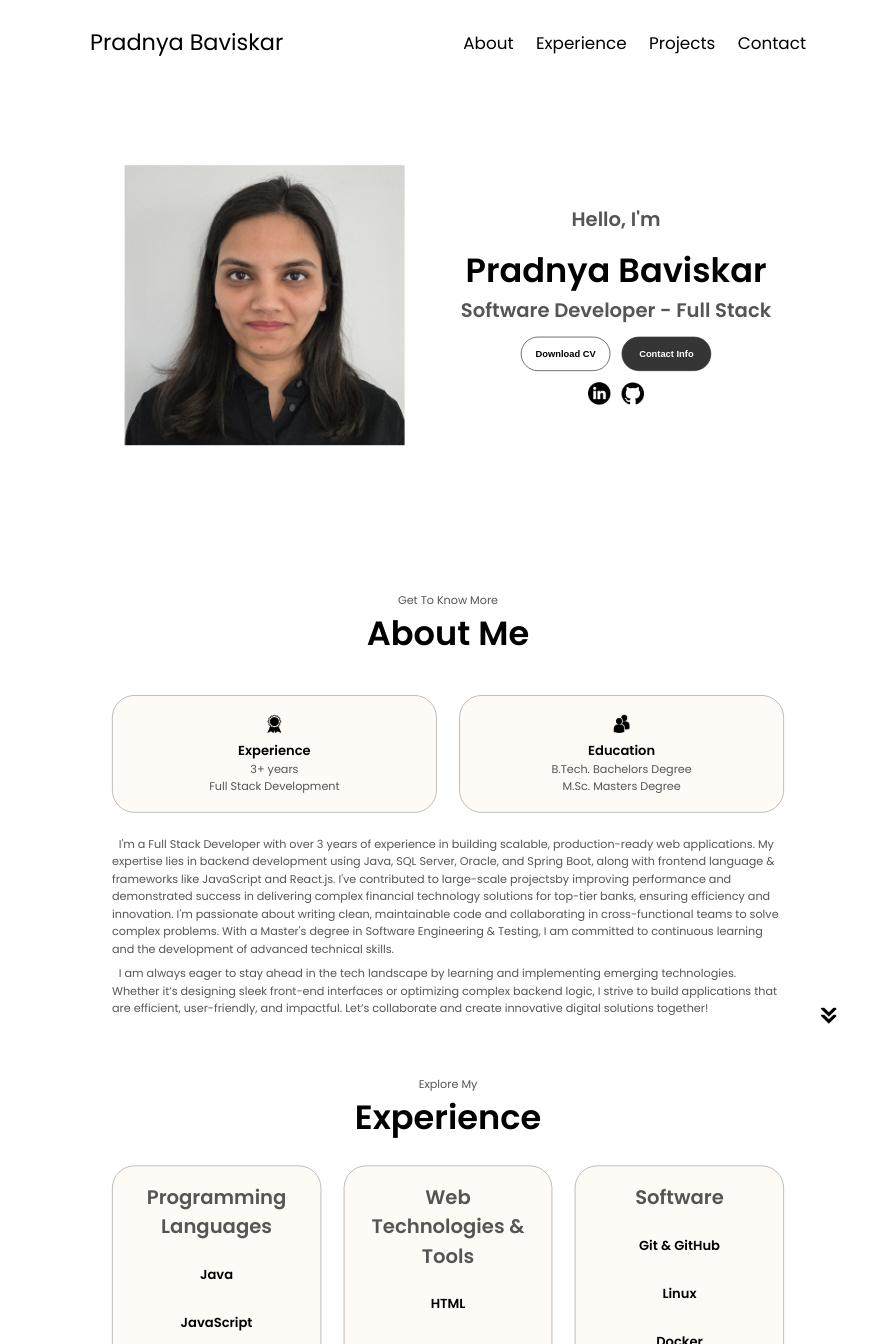
Repository: Pradnya-07/Portfolio-Pradnya
Page: index.html
An editor plug-in stored every save of this project. The page is shown before and after the next save, followed by the edit.
The browser window is 1280 px wide. The pictures show the part of the page from y = 0 to 1920 px (the page is 4473 px tall), at 70% of full size.

Above is the page before, as saved 2025-04-26 13:43:50.

### index.html
<!DOCTYPE html>
<html lang="en">
  <head>
    <meta charset="UTF-8" />
    <meta http-equiv="X-UA-Compatible" content="IE=edge" />
    <meta name="viewport" content="width=device-width, initial-scale=1.0" />
    <title>My Portfolio</title>
    <link rel="stylesheet" href="style.css" />
    <link rel="stylesheet" href="mediaqueries.css" />
  </head>
  <body>
    <nav id="desktop-nav">
      <div class="logo">Pradnya Baviskar</div>
      <div>
        <ul class="nav-links">
          <li><a href="#about">About</a></li>
          <li><a href="#experience">Experience</a></li>
          <li><a href="#projects">Projects</a></li>
          <li><a href="#contact">Contact</a></li>
        </ul>
      </div>
    </nav>
    <nav id="hamburger-nav">
      <div class="logo">Pradnya Baviskar</div>
      <div class="hamburger-menu">
        <div class="hamburger-icon" onclick="toggleMenu()">
          <span></span>
          <span></span>
          <span></span>
        </div>
        <div class="menu-links">
          <li><a href="#about" onclick="toggleMenu()">About</a></li>
          <li><a href="#experience" onclick="toggleMenu()">Experience</a></li>
          <li><a href="#projects" onclick="toggleMenu()">Projects</a></li>
          <li><a href="#contact" onclick="toggleMenu()">Contact</a></li>
        </div>
      </div>
    </nav>
    <section id="profile">
      <div class="section__pic-container">
        <img src="./assets/profile-pic.JPG" alt="Pradnya Baviskar profile picture" />
      </div>
      <div class="section__text">
        <p class="section__text__p2">Hello, I'm</p>
        <h1 class="title">Pradnya Baviskar</h1>
        <p class="section__text__p2">Software Developer - Full Stack</p>
        <div class="btn-container">
          <button
            class="btn btn-color-2"
            onclick="window.open('./assets/resume-example.pdf')"
          >
            Download CV
          </button>
          <button class="btn btn-color-1" onclick="location.href='#contact'">
            Contact Info
          </button>
        </div>
        <div id="socials-container">
          <img
            src="./assets/linkedin.png"
            alt="My LinkedIn profile"
            class="icon"
            onclick="location.href='https://linkedin.com/'"
          />
          <img
            src="./assets/github.png"
            alt="My Github profile"
            class="icon"
            onclick="location.href='https://github.com/'"
          />
        </div>
      </div>
    </section>
    <section id="about">
      <p class="section__text__p1">Get To Know More</p>
      <h1 class="title">About Me</h1>
      <div class="section-container">

        <div class="about-details-container">
          <div class="about-containers">
            <div class="details-container">
              <img
                src="./assets/experience.png"
                alt="Experience icon"
                class="icon"
              />
              <h3>Experience</h3>
              <p>3+ years <br />Full Stack Development</p>
            </div>
            <div class="details-container">
              <img
                src="./assets/education.png"
                alt="Education icon"
                class="icon"
              />
              <h3>Education</h3>
              <p>B.Tech. Bachelors Degree<br />M.Sc. Masters Degree</p>
            </div>
          </div>
          <div class="text-container" style="text-indent: 1%;">
            <p>
              I'm a Full Stack Developer with over 3 years of experience in building scalable, production-ready web applications.
              My expertise lies in backend development using Java, SQL Server, Oracle, and Spring Boot, along with frontend language & frameworks like JavaScript and React.js.
              I've contributed to large-scale projectsby improving performance and demonstrated success in delivering complex financial technology solutions for top-tier banks, ensuring efficiency and innovation.
              I'm passionate about writing clean, maintainable code and collaborating in cross-functional teams to solve complex problems.
              With a Master's degree in Software Engineering & Testing, I am committed to continuous learning and the development of advanced technical skills.

            </p>
            <p style="text-indent: 1%; margin-top: 1%;">
              I am always eager to stay ahead in the tech landscape by learning and implementing emerging technologies.
              Whether it’s designing sleek front-end interfaces or optimizing complex backend logic,
              I strive to build applications that are efficient, user-friendly, and impactful.
              Let’s collaborate and create innovative digital solutions together!
            </p>
          </div>
        </div>
      </div>
      <img
        src="./assets/arrow.png"
        alt="Arrow icon"
        class="icon arrow"
        onclick="location.href='#experience'"
      />
    </section>
    <section id="experience">
      <p class="section__text__p1">Explore My</p>
      <h1 class="title">Experience</h1>
      <div class="experience-details-container">
        <div class="about-containers">
          <div class="details-container">
            <h2 class="experience-sub-title">Programming Languages</h2>
            <div class="article-container">
              <article class="skills">

                <div>
                  <h3 class="skills">Java</h3>
                </div>
              </article>
              <article class="skills">

                <div>
                  <h3 class="skills">JavaScript</h3>

                </div>
              </article>
              <article class="skills">

                <div>
                  <h3 class="skills">SQL</h3>

                </div>
              </article>
              <article class="skills">

                <div>
                  <h3 class="skills">C++</h3>

                </div>
              </article>
              <article class="skills">

                <div>
                  <h3>Python</h3>
                </div>
              </article>
              <article class="skills">

                <div>
                  <h3 class="skills">C</h3>
                </div>
              </article>

            </div>
          </div>

          <div class="details-container">
            <h2 class="experience-sub-title">Web Technologies & Tools</h2>
            <div class="article-container">
              <article>

                <div>
                  <h3>HTML</h3>
                </div>
              </article>
              <article>

                <div>
                  <h3>CSS</h3>
                </div>
              </article>
              <article>

                <div>
                  <h3>Bootstrap</h3>
                </div>
              </article>
              <article>

                <div>
                  <h3>ReactJS</h3>
                </div>
              </article>
              <article>

                <div>
                  <h3>NodeJS</h3>
                </div>
              </article>
              <article>

                <div>
                  <h3>ExpressJS</h3>
                </div>
              </article>
            </div>
          </div>

          <div class="details-container">
            <h2 class="experience-sub-title">Software</h2>
            <div class="article-container">
              <article>

                <div>
                  <h3>Git & GitHub</h3>
                </div>
              </article>
              <article>

                <div>
                  <h3>Linux</h3>
                </div>
              </article>



              <article>

                <div>
                  <h3>Docker</h3>
                </div>
              </article>
              <article>

                <div>
                  <h3>Jira</h3>
                </div>
              </article>
              <article>

                <div>
                  <h3 class="skills">Agile Methodology</h3>
                </div>
              </article>
            </div>
          </div>

          <div class="details-container">
            <h2 class="experience-sub-title">Databases & Testing Tools</h2>
            <div class="article-container">
              <article>

                <div>
                  <h3>MySQL</h3>
                </div>
              </article>
              <article>

                <div>
                  <h3>Oracle</h3>
                </div>
              </article>
              <article>

                <div>
                  <h3>MongoDB</h3>
                </div>
              </article>
              <article>

                <div>
                  <h3>Postman</h3>
                </div>
              </article>
              <article>

                <div>
                  <h3>SoapUI</h3>
                </div>
              </article>

            </div>
          </div>


        </div>
      </div>
      <img
        src="./assets/arrow.png"
        alt="Arrow icon"
        class="icon arrow"
        onclick="location.href='#projects'"
      />
    </section>

    <section id="projects">
      <p class="section__text__p1">Browse My Recent</p>
      <h1 class="title">Projects</h1>
      <div class="experience-details-container">
        <div class="about-containers">
          <div class="details-container color-container">
            <div class="article-container">
              <img
                src="./assets/project1.png"
                alt="Project 1"
                class="project-img"
              />
            </div>
            <h2 class="experience-sub-title project-title">My Book Nest</h2>
            <div class="btn-container">
              <button
                class="btn btn-color-2 project-btn"
                onclick="location.href='https://github.com/Pradnya-07/Pradnya-s_Library'"
              >
                Github
              </button>
              <button
                class="btn btn-color-2 project-btn"
                onclick="location.href='https://pradnya-s-library.onrender.com'"
              >
                Live Demo
              </button>
            </div>
          </div>
          <div class="details-container color-container">
            <div class="article-container">
              <img
                src="./assets/scam.png"
                alt="Project 2"
                class="project-img"
              />
            </div>
            <h2 class="experience-sub-title project-title">Spam Email Detection</h2>
            <div class="btn-container">
              <button
                class="btn btn-color-2 project-btn"
                onclick="location.href='https://github.com/Pradnya-07/Spam_Email_Detection'"
              >
                Github
              </button>
              <button
                class="btn btn-color-2 project-btn"
                onclick="location.href='https://spam-email-detection-9in7.onrender.com'"
              >
                Live Demo
              </button>
            </div>
          </div>
          <div class="details-container color-container">
            <div class="article-container">
              <img
                src="./assets/forecast.png"
                alt="Project 3"
                class="project-img"
              />
            </div>
            <h2 class="experience-sub-title project-title">Weather Forecast</h2>
            <div class="btn-container">
              <button
                class="btn btn-color-2 project-btn"
                onclick="location.href='https://github.com/Pradnya-07/Weather-Dashboard'"
              >
                Github
              </button>
              <button
                class="btn btn-color-2 project-btn"
                onclick="location.href='https://pradnya-07.github.io/Weather-Dashboard/'"
              >
                Live Demo
              </button>
            </div>
          </div>
        </div>
      </div>
      <img
        src="./assets/arrow.png"
        alt="Arrow icon"
        class="icon arrow"
        onclick="location.href='#contact'"
      />
    </section>
    <section id="contact">


      <div class="contact-info-upper-container">
        <div class="contact-info-container">
          <img
            src="./assets/email.png"
            alt="Email icon"
            class="icon contact-icon email-icon"
          />
          <p><a href="mailto:pradnyabaviskar56p@gmail.com">pradnyabaviskar56p@gmail.com</a></p>
        </div>
        <div class="contact-info-container">
          <img
            src="./assets/linkedin.png"
            alt="LinkedIn icon"
            class="icon contact-icon"
          />
          <p><a href="https://www.linkedin.com">LinkedIn</a></p>
        </div>
      </div>
    </section>
    <footer>
      <nav>
        <div class="nav-links-container">
          <ul class="nav-links">
            <li><a href="#about">About</a></li>
            <li><a href="#experience">Experience</a></li>
            <li><a href="#projects">Projects</a></li>
            <li><a href="#contact">Contact</a></li>
          </ul>
        </div>
      </nav>
      <p>Copyright &#169; 2025 Pradnya Baviskar. All Rights Reserved.</p>
    </footer>
    <script src="script.js"></script>
  </body>
</html>

### style.css
/* GENERAL */

@import url("https://fonts.googleapis.com/css2?family=Poppins:wght@300;400;500;600&display=swap");

* {
  margin: 0;
  padding: 0;
}

body {
  font-family: "Poppins", sans-serif;
}

html {
  scroll-behavior: smooth;
}

p {
  color: rgb(85, 85, 85);
}

/* TRANSITION */

a,
.btn {
  transition: all 300ms ease;
}

/* DESKTOP NAV */

nav,
.nav-links {
  display: flex;
}

nav {
  justify-content: space-around;
  align-items: center;
  height: 17vh;
}

.nav-links {
  gap: 2rem;
  list-style: none;
  font-size: 1.5rem;
}

a {
  color: black;
  text-decoration: none;
  text-decoration-color: white;
}

a:hover {
  color: grey;
  text-decoration: underline;
  text-underline-offset: 1rem;
  text-decoration-color: rgb(181, 181, 181);
}

.logo {
  font-size: 2rem;
}

.logo:hover {
  cursor: default;
}

/* HAMBURGER MENU */

#hamburger-nav {
  display: none;
}

.hamburger-menu {
  position: relative;
  display: inline-block;
}

.hamburger-icon {
  display: flex;
  flex-direction: column;
  justify-content: space-between;
  height: 24px;
  width: 30px;
  cursor: pointer;
}

.hamburger-icon span {
  width: 100%;
  height: 2px;
  background-color: black;
  transition: all 0.3 ease-in-out;
}

.menu-links {
  position: absolute;
  top: 100%;
  right: 0;
  background-color: white;
  width: fit-content;
  max-height: 0;
  overflow: hidden;
  transition: all 0.3 ease-in-out;
}

.menu-links a {
  display: block;
  padding: 10px;
  text-align: center;
  font-size: 1.5rem;
  color: black;
  text-decoration: none;
  transition: all 0.3 ease-in-out;
}

.menu-links li {
  list-style: none;
}

.menu-links.open {
  max-height: 300px;
}

.hamburger-icon.open span:first-child {
  transform: rotate(45deg) translate(10px, 5px);
}

.hamburger-icon.open span:nth-child(2) {
  opacity: 0;
}

.hamburger-icon.open span:last-child {
  transform: rotate(-45deg) translate(10px, -5px);
}

.hamburger-icon span:first-child {
  transform: none;
}

.hamburger-icon span:first-child {
  opacity: 1;
}

.hamburger-icon span:first-child {
  transform: none;
}

/* SECTIONS */

section {
  padding-top: 4vh;
  height: 96vh;
  margin: 0 10rem;
  box-sizing: border-box;
  min-height: fit-content;
}

.section-container {
  display: flex;
}

.skills {
  text-align: center;

}

/* PROFILE SECTION */

#profile {
  display: flex;
  justify-content: center;
  gap: 5rem;
  height: 80vh;
}

.section__pic-container {
  display: flex;
  height: 400px;
  width: 400px;
  margin: auto 0;
}

.section__text {
  align-self: center;
  text-align: center;
}

.section__text p {
  font-weight: 600;
}

.section__text__p1 {
  text-align: center;
}

.section__text__p2 {
  font-size: 1.75rem;
  margin-bottom: 1rem;
}

.title {
  font-size: 3rem;
  text-align: center;
}

#socials-container {
  display: flex;
  justify-content: center;
  margin-top: 1rem;
  gap: 1rem;
}

/* ICONS */

.icon {
  cursor: pointer;
  height: 2rem;
}

/* BUTTONS */

.btn-container {
  display: flex;
  justify-content: center;
  gap: 1rem;
}

.btn {
  font-weight: 600;
  transition: all 300ms ease;
  padding: 1rem;
  width: 8rem;
  border-radius: 2rem;
}

.btn-color-1,
.btn-color-2 {
  border: rgb(53, 53, 53) 0.1rem solid;
}

.btn-color-1:hover,
.btn-color-2:hover {
  cursor: pointer;
}

.btn-color-1,
.btn-color-2:hover {
  background: rgb(53, 53, 53);
  color: white;
}

.btn-color-1:hover {
  background: rgb(0, 0, 0);
}

.btn-color-2 {
  background: none;
}

.btn-color-2:hover {
  border: rgb(255, 255, 255) 0.1rem solid;
}

.btn-container {
  gap: 1rem;
}

/* ABOUT SECTION */

#about {
  position: relative;
}

.about-containers {
  gap: 2rem;
  margin-bottom: 2rem;
  margin-top: 2rem;
}

.about-details-container {
  justify-content: center;
  flex-direction: column;
}

.about-containers,
.about-details-container {
  display: flex;
}

.about-pic {
  border-radius: 2rem;
}

.arrow {
  position: absolute;
  right: -5rem;
  bottom: 2.5rem;
}

.details-container {
  padding: 1.5rem;
  flex: 1;
  background: rgb(232 188 130 / 7%);
  border-radius: 2rem;
  border: rgb(53, 53, 53) 0.1rem solid;
  border-color: rgb(163, 163, 163);
  text-align: center;
}

.section-container {
  gap: 4rem;
  height: 80%;
}

.section__pic-container {
  height: 400px;
  width: 400px;
  margin: auto 0;
}

/* EXPERIENCE SECTION */

#experience {
  position: relative;
}

.experience-sub-title {
  color: rgb(85, 85, 85);
  font-weight: 600;
  font-size: 1.75rem;
  margin-bottom: 2rem;
}

.experience-details-container {
  display: flex;
  justify-content: center;
  flex-direction: column;
}

.article-container {
  display: flex;
  text-align: initial;
  flex-wrap: wrap;
  flex-direction: row;
  gap: 2.5rem;
  justify-content: space-around;
}

article {
  display: flex;
  width: 10rem;
  justify-content: space-around;
  gap: 0.5rem;
}

article .icon {
  cursor: default;
}

/* PROJECTS SECTION */

#projects {
  position: relative;
  margin-top: 10%;
}

.color-container {
  border-color: rgb(163, 163, 163);
  background: rgb(232 188 130 / 7%);
}

.project-img {
  border-radius: 2rem;
  width: 90%;
  height: 90%;
}

.project-title {
  margin: 1rem;
  color: black;
}

.project-btn {
  color: black;
  border-color: rgb(163, 163, 163);
}

/* CONTACT */

#contact {
  display: flex;
  justify-content: center;
  flex-direction: column;
  height: 70vh;
}

.contact-info-upper-container {
  display: flex;
  justify-content: center;
  border-radius: 2rem;
  border: rgb(53, 53, 53) 0.1rem solid;
  border-color: rgb(163, 163, 163);
  background: (250, 250, 250);
  margin: 2rem auto;
  padding: 0.5rem;
  background-color: rgb(232 188 130 / 7%);
}

.contact-info-container {
  display: flex;
  align-items: center;
  justify-content: center;
  gap: 0.5rem;
  margin: 1rem;
}

.contact-info-container p {
  font-size: larger;
}

.contact-icon {
  cursor: default;
}

.email-icon {
  height: 2.5rem;
}

/* FOOTER SECTION */

footer {
  height: 26vh;
  margin: 0 1rem;
}

footer p {
  text-align: center;
}

### mediaqueries.css
@media screen and (max-width: 1400px) {
  #profile {
    height: 83vh;
    margin-bottom: 6rem;
  }
  .about-containers {
    flex-wrap: wrap;
  }
  #contact,
  #projects {
    height: fit-content;
  }
}

@media screen and (max-width: 1200px) {
  #desktop-nav {
    display: none;
  }
  #hamburger-nav {
    display: flex;
  }
  #experience,
  .experience-details-container {
    margin-top: 2rem;
  }
  #profile,
  .section-container {
    display: block;
  }
  .arrow {
    display: none;
  }
  section,
  .section-container {
    height: fit-content;
  }
  section {
    margin: 0 5%;
  }
  .section__pic-container {
    width: 275px;
    height: 275px;
    margin: 0 auto 2rem;
  }
  .about-containers {
    margin-top: 0;
  }
}

@media screen and (max-width: 600px) {
  #contact,
  footer {
    height: 40vh;
  }
  #profile {
    height: 83vh;
    margin-bottom: 0;
  }
  article {
    font-size: 1rem;
  }
  footer nav {
    height: fit-content;
    margin-bottom: 2rem;
  }
  .about-containers,
  .contact-info-upper-container,
  .btn-container {
    flex-wrap: wrap;
  }
  .contact-info-container {
    margin: 0;
  }
  .contact-info-container p,
  .nav-links li a {
    font-size: 1rem;
  }
  .experience-sub-title {
    font-size: 1.25rem;
  }
  .logo {
    font-size: 1.5rem;
  }
  .nav-links {
    flex-direction: column;
    gap: 0.5rem;
    text-align: center;
  }
  .section__pic-container {
    width: auto;
    height: 46vw;
    justify-content: center;
  }
  .section__text__p2 {
    font-size: 1.25rem;
  }
  .title {
    font-size: 2rem;
  }
  .text-container {
    text-align: justify;
  }
}

Loaded but not shown: script.js (common file)

After the next save:
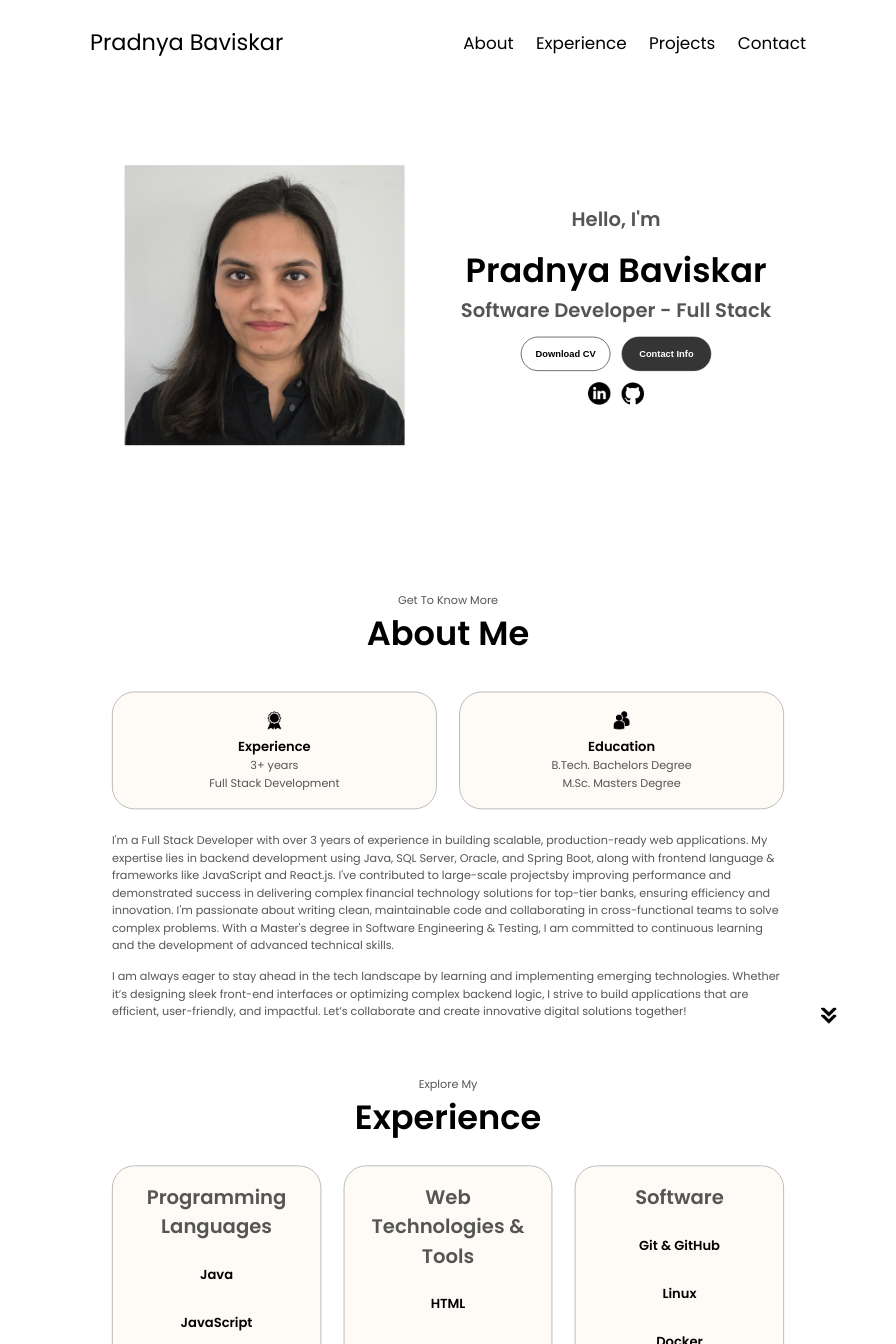
Saved 34 s later.
--- a/index.html
+++ b/index.html
@@ -97,7 +97,7 @@
               <p>B.Tech. Bachelors Degree<br />M.Sc. Masters Degree</p>
             </div>
           </div>
-          <div class="text-container" style="text-indent: 1%;">
+          <div class="text-container">
             <p>
               I'm a Full Stack Developer with over 3 years of experience in building scalable, production-ready web applications.
               My expertise lies in backend development using Java, SQL Server, Oracle, and Spring Boot, along with frontend language & frameworks like JavaScript and React.js.
@@ -106,7 +106,7 @@
               With a Master's degree in Software Engineering & Testing, I am committed to continuous learning and the development of advanced technical skills.
 
             </p>
-            <p style="text-indent: 1%; margin-top: 1%;">
+            <p style=" margin-top: 2%;">
               I am always eager to stay ahead in the tech landscape by learning and implementing emerging technologies.
               Whether it’s designing sleek front-end interfaces or optimizing complex backend logic,
               I strive to build applications that are efficient, user-friendly, and impactful.
